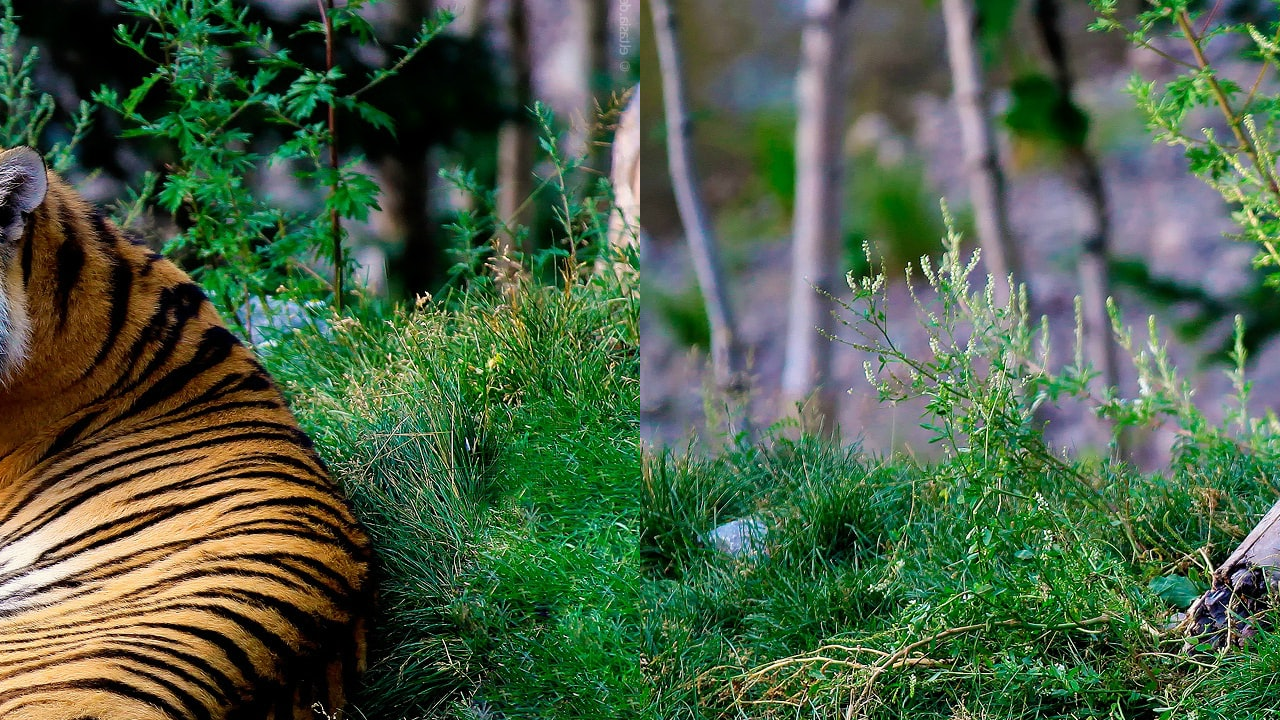
Repository: sylviaah/dynamicmidterm
Page: slider/slider.html
These files come from the project's save history. The page is drawn as it stood at one moment and after the next save; the edit follows.
The browser window is 1280 px wide. The pictures show the whole page.

Above is the page before, as saved 2020-03-13 12:26:01.

### slider/slider.html
<!DOCTYPE html>
<html>
    <html>
        <title>Slider</title>
        <link rel="stylesheet" href="slider.css">
        <link href="https://fonts.googleapis.com/icon?family=Material+Icons" rel="stylesheet">
    </html>
    <body>
        <div class="slider">
            <div class="slider_progress">
                <div class="progress 25"></div>
                <div class="progress 50"></div>
                <div class="progress 75"></div>
                <div class="progress 100"></div>
            </div>
            <div class="slider_slider">
                <i class="material-icons arrow_left" onclick="previous()">play_circle_filled</i>
                <div class="image_div1">
                    <img class="instructions_image" src="imgs/img1.jpg" alt="">
                </div>
                <div class="image_div2">
                    <img class="instructions_image" src="imgs/img1.jpg" alt="">
                </div>
                <i class="material-icons arrow_right" onclick="next()">play_circle_filled</i>
            </div>
            <div class="slider_menu">
                <div class="menu_start">Start</div>
                <div class="menu_intro">Intro</div>
            </div>
        </div>
        <script src="slider.js"></script>
    </body>
</html>

### slider/slider.css
body,html {
    margin: 0;
    background-color: cornflowerblue;
}

.slider{
    position: fixed;
    width: 100vw;
    height: 100vh;
    display: flex;
    flex-direction: column;
    align-items: center;
}

.slider_slider{
    display: flex;
}

.material-icons.arrow_left {
    visibility: hidden;
    transform: rotate(180deg);
    font-size: 80px;
    color: orange;
}

.material-icons.arrow_right {
    visibility: visible;
    color: orange;
    font-size: 80px;
}

.menu_start, .menu_intro{
    display: flex;
    width: 100px;
    justify-content: center;
    border-radius: 10px;
    padding: 10px 10px;
    background-color:skyblue;
    font-size: 16pt;
    font-family: Arial, Helvetica, sans-serif;
    box-shadow: 3px 3px 3px skyblue;
}

Loaded but not shown: slider/slider.js (no stored copy; drawn as an empty file)

After the next save:
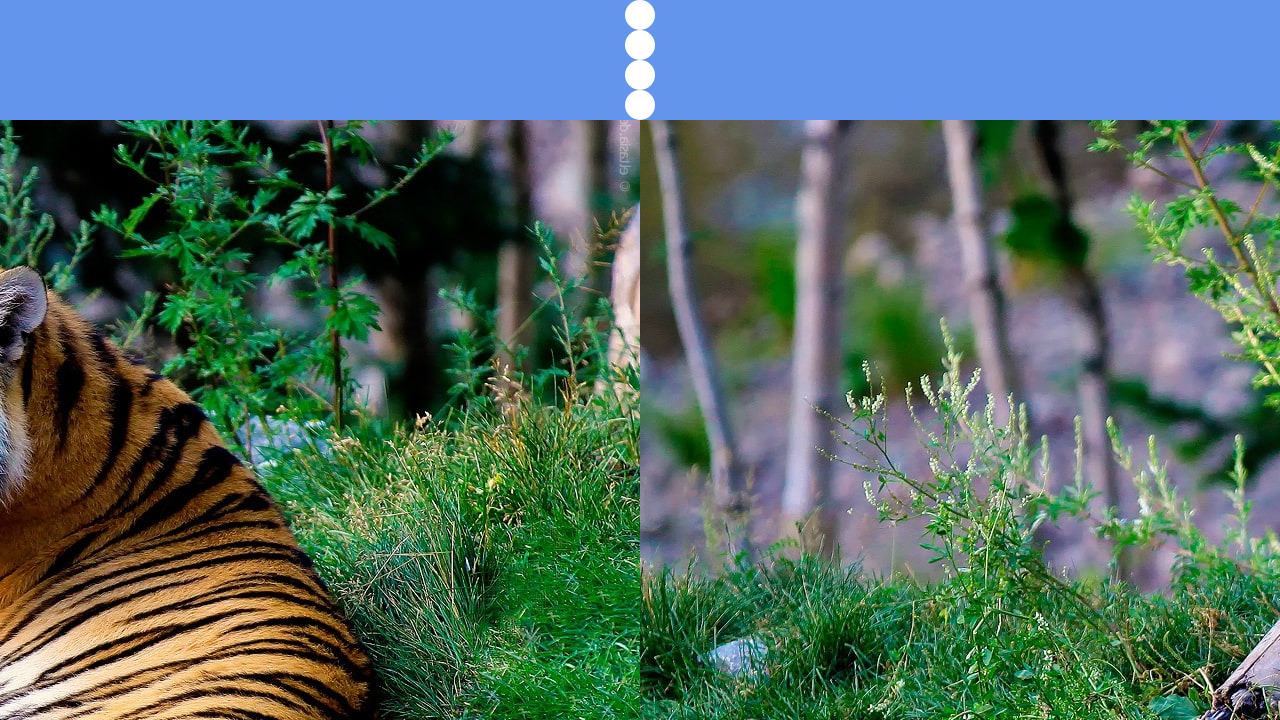
Saved 84 s later.
--- a/slider/slider.css
+++ b/slider/slider.css
@@ -10,6 +10,13 @@
     display: flex;
     flex-direction: column;
     align-items: center;
+}
+
+.slider_progress div{
+    width: 30px;
+    height: 30px;
+    background-color: white;
+    border-radius: 15px;
 }
 
 .slider_slider{
